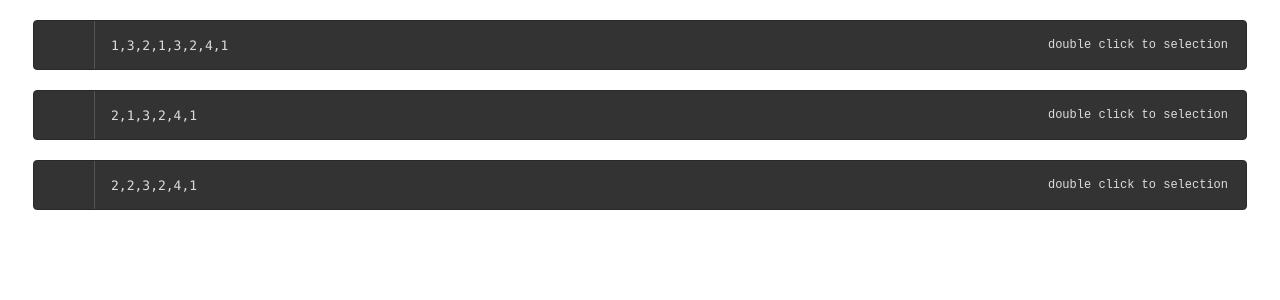
Repository: betaWeb/twicejs
Page: index.html
The author's editor kept a copy of each file at every save. The page is drawn from the files as they stood at one save, then again after the next save.
The browser window is 1280 px wide. The pictures show the whole page.

Above is the page before, as saved 2019-12-12 14:19:40.

After the next save:
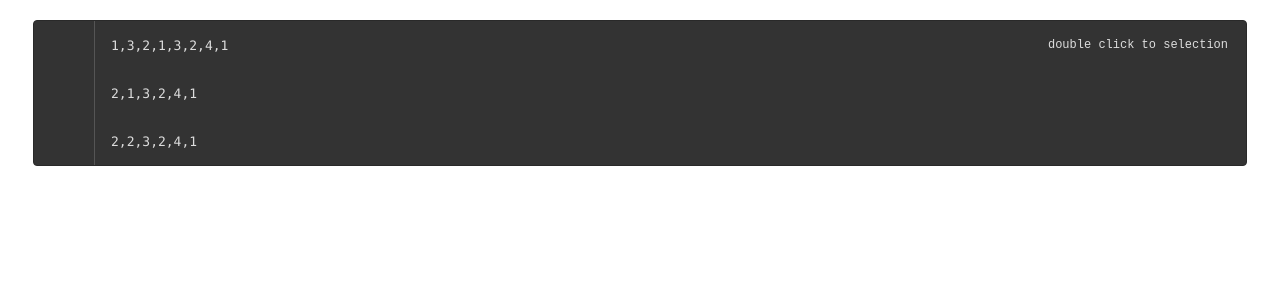
Saved 52 s later.
--- a/index.html
+++ b/index.html
@@ -71,20 +71,19 @@
         }
     </style>
 </head>
-<div id="app"></div>
+<div id="app">
+    <pre class="code"></pre>
+</div>
 
 <body>
     <script type="text/javascript" src="/TwiceJS.js" defer></script>
     <script type="text/javascript" defer>
         document.addEventListener('DOMContentLoaded', () => {
-            const $container = document.getElementById('app')
+            const $pre = document.querySelector('#app .code')
             const print = str => {
-                const $pre = document.createElement('pre')
                 const $code = document.createElement('code')
-                $pre.classList.add('code')
                 $code.innerHTML = str
                 $pre.appendChild($code)
-                $container.appendChild($pre)
             }
             let set = new window.TwiceJS
             set.append([1, 1, 1, 2, 3, 3, 4])
